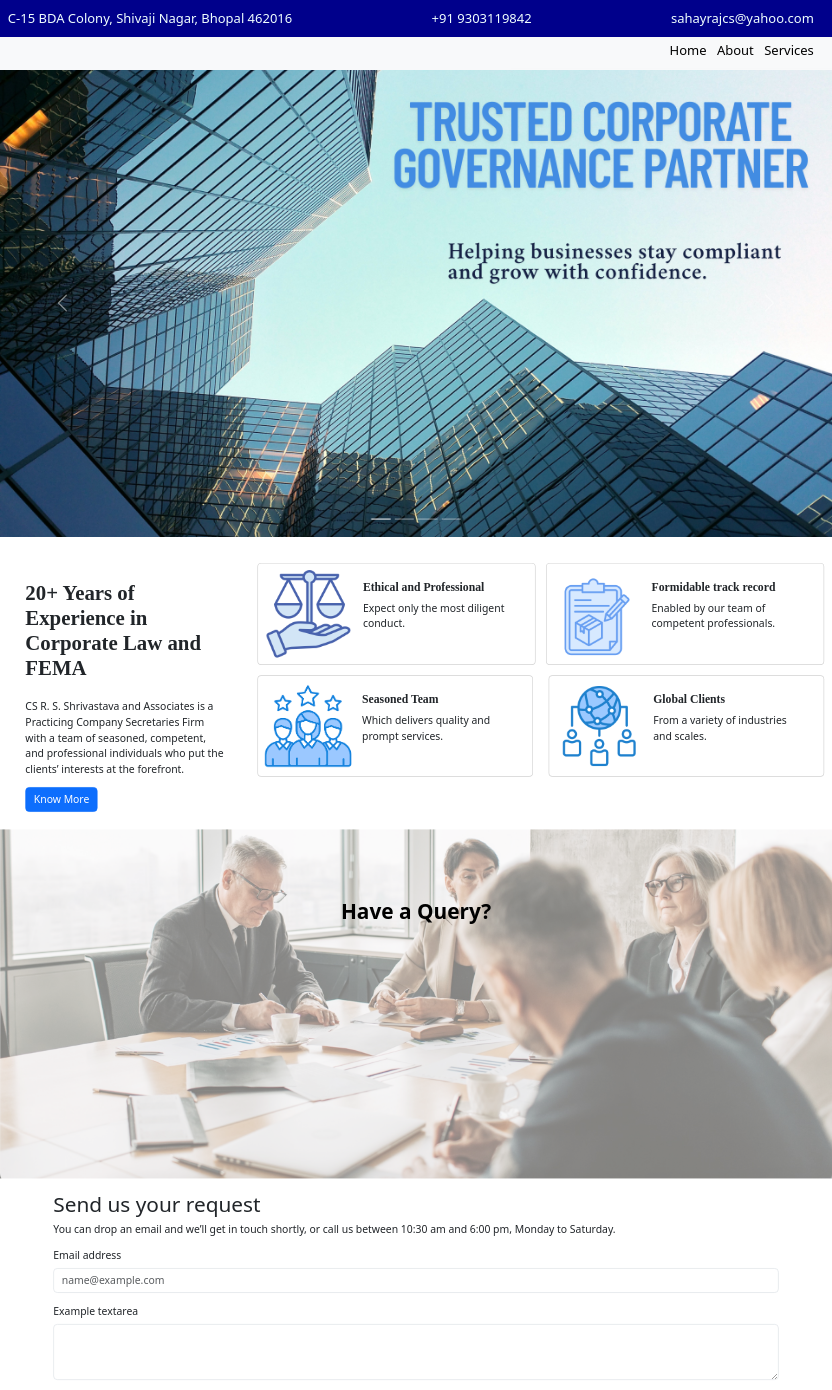
Repository: aayushiss/CS-RSS
Page: index.html
These files come from the project's save history. The page is drawn as it stood at one moment and after the next save; the edit follows.
The browser window is 1280 px wide. The pictures show the whole page, at 65% of full size.

Above is the page before, as saved 2025-05-15 18:56:44.

### index.html
<!DOCTYPE html>
<html lang="en">

<head>
  <meta charset="UTF-8">
  <meta name="viewport" content="width=device-width, initial-scale=1.0">
  <title>R. S. Shrivastava</title>
  <link href="https://cdn.jsdelivr.net/npm/bootstrap@5.3.3/dist/css/bootstrap.min.css" rel="stylesheet"
    integrity="sha384-QWTKZyjpPEjISv5WaRU9OFeRpok6YctnYmDr5pNlyT2bRjXh0JMhjY6hW+ALEwIH" crossorigin="anonymous">
  <link rel="stylesheet" type="text/css" href="style.css">
</head>

<body>
  <nav class="navbar fixed-top custom-navbar">
    <div class="container-fluid d-flex justify-content-between">
      <a class="navbar-brand"
        href="https://www.google.com/maps/place/R+S+SHRIVASTAVA+%26+ASSOCIATES/@23.2288499,77.4244091,17z/data=!3m1!4b1!4m6!3m5!1s0x397c425fada83073:0xcb1e8ba90a487f4e!8m2!3d23.228845!4d77.426984!16s%2Fg%2F1td0r8v9?entry=ttu&g_ep=EgoyMDI1MDUxMi4wIKXMDSoASAFQAw%3D%3D"
        target="_blank">C-15 BDA Colony, Shivaji Nagar, Bhopal 462016</a>
      <a class="navbar-brand" href="" tel:+919303119842"">+91 9303119842</a>
      <a class="navbar-brand" href="mailto:sahayrajcs@yahoo.com">sahayrajcs@yahoo.com</a>
    </div>
  </nav>
  <div class="navbar-space"></div>

  <nav class="navbar sticky-top second-navbar bg-light">
    <div class="container-fluid d-flex justify-content-end">
      <a class="navbar-brand" href="#">Home</a>
      <a class="navbar-brand" href="about.html">About</a>
      <a class="navbar-brand" href="#">Services</a>
    </div>
  </nav>

  <!-- <div class="card text-bg-dark custom-card">
        <img src="images/haveAQuery.avif" class="card-img" alt="...">
        <div class="card-img-overlay">
          <h5 class="card-title">Have a Query?</h5>
          <p class="card-text">This is a wider card with supporting text below as a natural lead-in to additional content. This content is a little bit longer.</p>
          <p class="card-text"><small>Last updated 3 mins ago</small></p>
        </div>
      </div> -->

  <div id="carouselExampleCaptions" class="carousel slide">
    <div class="carousel-indicators">
      <button type="button" data-bs-target="#carouselExampleCaptions" data-bs-slide-to="0" class="active"
        aria-current="true" aria-label="Slide 1"></button>
      <button type="button" data-bs-target="#carouselExampleCaptions" data-bs-slide-to="1"
        aria-label="Slide 2"></button>
      <button type="button" data-bs-target="#carouselExampleCaptions" data-bs-slide-to="2"
        aria-label="Slide 3"></button>
      <button type="button" data-bs-target="#carouselExampleCaptions" data-bs-slide-to="3"
        aria-label="Slide 4"></button>
    </div>
    <div class="carousel-inner">
      <div class="carousel-item active">
        <img src="images/Trusted corporate governance partner.png" class="d-block w-100" alt="...">
        <div class="carousel-caption d-none d-md-block">
          <!-- <h5>First slide label</h5>
              <p>Some representative placeholder content for the first slide.</p> -->
        </div>
      </div>
      <div class="carousel-item">
        <img src="images/LegalConsultancy.png" class="d-block w-100" alt="...">
      </div>
      <div class="carousel-item">
        <img src="images/companyIncorporation.png" class="d-block w-100" alt="...">
      </div>
      <div class="carousel-item">
        <img src="images/annualFilingReturn.png" class="d-block w-100" alt="...">
      </div>
    </div>
    <button class="carousel-control-prev" type="button" data-bs-target="#carouselExampleCaptions" data-bs-slide="prev">
      <span class="carousel-control-prev-icon" aria-hidden="true"></span>
      <span class="visually-hidden">Previous</span>
    </button>
    <button class="carousel-control-next" type="button" data-bs-target="#carouselExampleCaptions" data-bs-slide="next">
      <span class="carousel-control-next-icon" aria-hidden="true"></span>
      <span class="visually-hidden">Next</span>
    </button>
  </div>
  <div class="container-fluid" style="margin-top: 40px;">

    <div class="row">
      <div class="col-auto" style="width: 30vw;">
        <div class="card" style="border-color: white;">
          <div class="card-body">
            <h5 class="card-title">20+ Years of
              Experience in Corporate Law and FEMA</h5>
            <p class="card-text" style="padding-top: 20px">CS R. S. Shrivastava and Associates is a Practicing Company
              Secretaries Firm with a team of seasoned, competent, and professional individuals who put the clients’
              interests at the forefront.</p>
            <a href="about.html" class="btn btn-primary">Know More</a>
          </div>
        </div>
      </div>
      <div class="col">
        <div class="row row-cols-2 g-3">
          <div class="col">
            <div class="card mb-3">
              <div class="row g-0">
                <div class="col-md-4">
                  <img src="images/8629542.png" class="img-fluid rounded-start" alt="...">
                </div>
                <div class="col-md-8">
                  <div class="card-body">
                    <h5 class="card-title">Ethical and Professional</h5>
                    <p class="card-text">Expect only the most diligent conduct.</p>
                  </div>
                </div>
              </div>
            </div>
          </div>
          <div class="col">
            <div class="card mb-3">
              <div class="row g-0">
                <div class="col-md-4">
                  <img src="images/16919209.png" class="img-fluid rounded-start" alt="...">
                </div>
                <div class="col-md-8">
                  <div class="card-body">
                    <h5 class="card-title">Formidable track record</h5>
                    <p class="card-text">Enabled by our team of competent professionals.</p>
                  </div>
                </div>
              </div>
            </div>
          </div>
        </div>
        <div class="row">
          <div class="col">
            <div class="card mb-3">
              <div class="row g-0">
                <div class="col-md-4">
                  <img src="images/images.png" class="img-fluid rounded-start" alt="...">
                </div>
                <div class="col-md-8">
                  <div class="card-body">
                    <h5 class="card-title">Seasoned Team
                    </h5>
                    <p class="card-text">Which delivers quality and prompt services.</p>
                  </div>
                </div>
              </div>
            </div>
          </div>
          <div class="col">
            <div class="card mb-3">
              <div class="row g-0">
                <div class="col-md-4">
                  <img src="images/11743537.png" class="img-fluid rounded-start" alt="...">
                </div>
                <div class="col-md-8">
                  <div class="card-body">
                    <h5 class="card-title">Global Clients
                    </h5>
                    <p class="card-text">From a variety of industries and scales.</p>
                  </div>
                </div>
              </div>
            </div>
          </div>
        </div>
      </div>
    </div>
  </div>

  <div class="position-relative text-center">
    <img src="images/haveAQuery.jpg" class="img-fluid" alt="..." style="opacity: .5;">
    <h2 class="position-absolute start-50 translate-middle-x text-black fw-bold" style="top: 20%;">
      Have a Query?
    </h2>
  </div>

  <div class="container-md" style="margin-top: 20px;">
    <div class="col">
      <h2>Send us your request</h2>
      <p>
        You can drop an email and we’ll get in touch shortly, or call us between 10:30 am and 6:00 pm, Monday to Saturday.
      </p>
      <div class="btn-primary">

      </div>
    </div>
    <div class="mb-3">
      <label for="exampleFormControlInput1" class="form-label">Email address</label>
      <input type="email" class="form-control" id="exampleFormControlInput1" placeholder="name@example.com">
    </div>
    <div class="mb-3">
      <label for="exampleFormControlTextarea1" class="form-label">Example textarea</label>
      <textarea class="form-control" id="exampleFormControlTextarea1" rows="3"></textarea>
    </div>
  </div>

  <script src="https://cdn.jsdelivr.net/npm/bootstrap@5.3.3/dist/js/bootstrap.bundle.min.js"
    integrity="sha384-YvpcrYf0tY3lHB60NNkmXc5s9fDVZLESaAA55NDzOxhy9GkcIdslK1eN7N6jIeHz"
    crossorigin="anonymous"></script>
</body>

</html>

### style.css
.custom-navbar {
    background-color: darkblue;
}

.custom-navbar .navbar-brand {
    color: azure;
}

.navbar-space {
    margin-top: 50px;
}

.second-navbar .navbar-brand{
    color: black;
}

.custom-card{
    height: 25vh;
}

.custom-card .card-img{
    height: 100%;
    object-fit: cover;
}

.container-fluid .card{
    padding: 10px;
}
.container-fluid .card-title{
font-family: 'Times New Roman', Times, serif;
font-weight: bold;
font-size: xx-large;
}

.container-fluid .col-md-8 .card-title{
font-family: 'Times New Roman', Times, serif;
font-size: large;
}

After the next save:
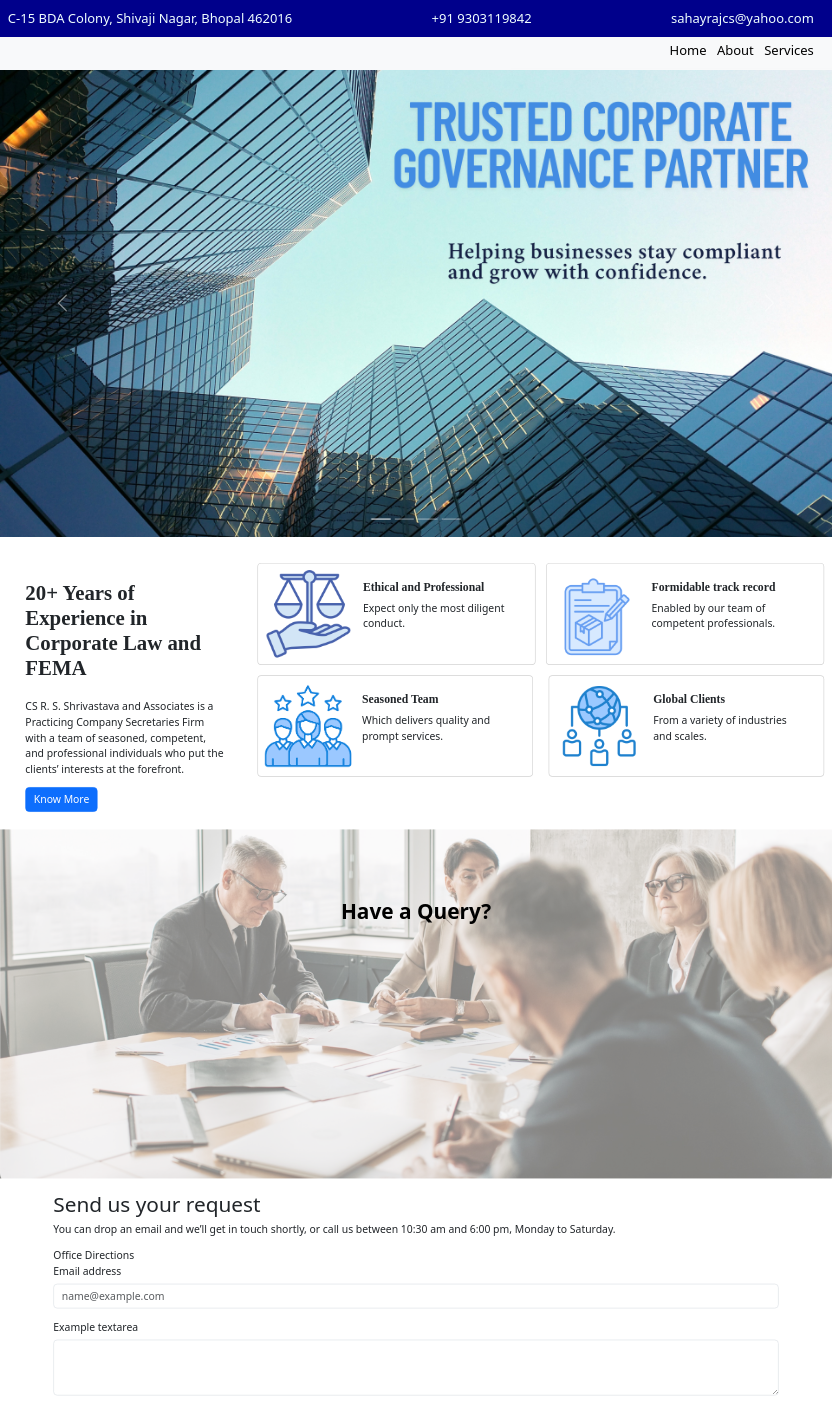
Saved 34 s later.
--- a/index.html
+++ b/index.html
@@ -177,7 +177,7 @@
         You can drop an email and we’ll get in touch shortly, or call us between 10:30 am and 6:00 pm, Monday to Saturday.
       </p>
       <div class="btn-primary">
-
+        Office Directions
       </div>
     </div>
     <div class="mb-3">
